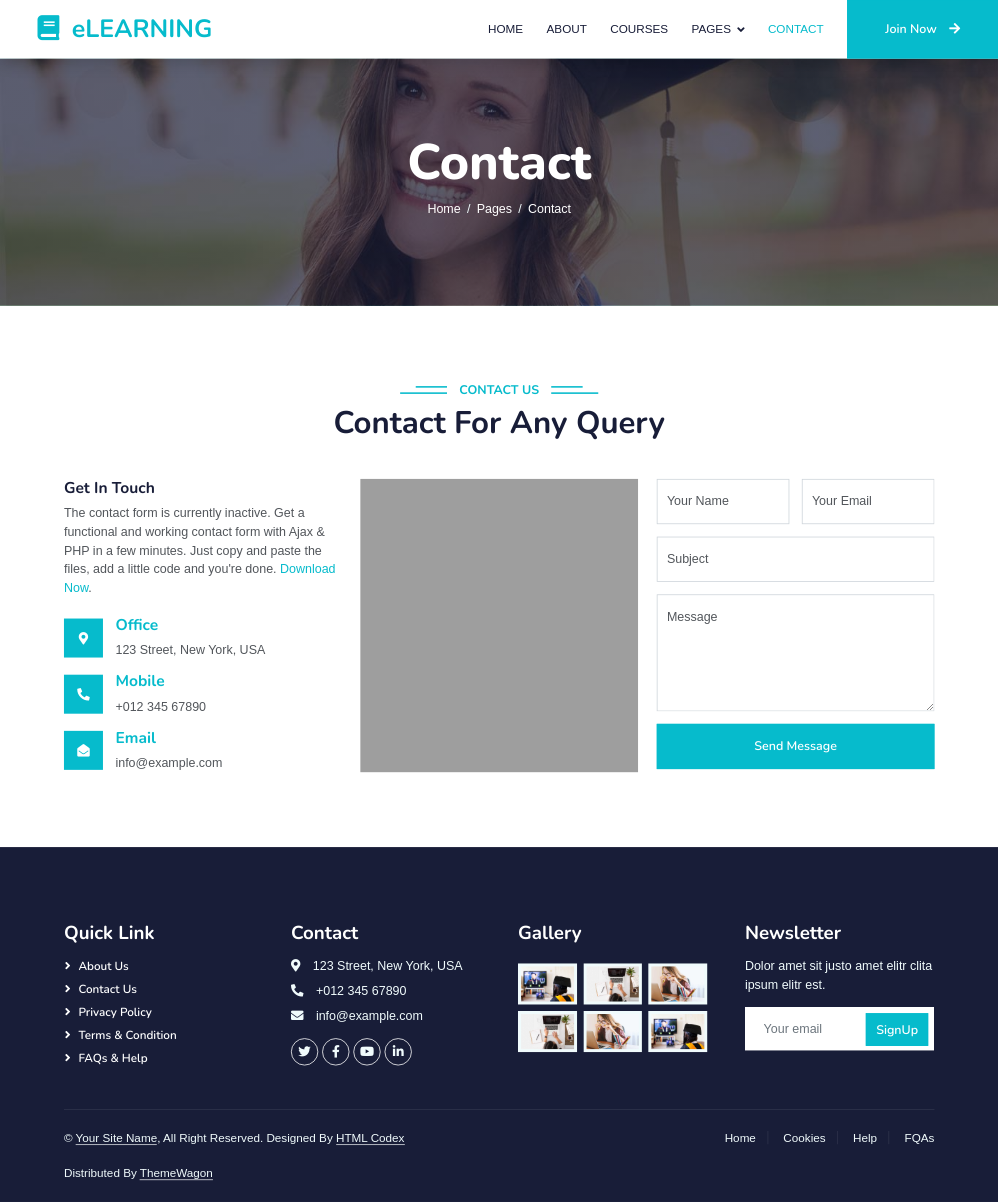
Repository: Arumugam2002/ARUMUGAM-TOPS-DAILY-TASKS
Page: http://localhost/contact
The author's editor kept a copy of each file at every save. The page is drawn from the files as they stood at one save, then again after the next save.
The browser window is 1280 px wide. The pictures show the whole page, at 78% of full size.
Pictures or frames that could not be fetched are drawn as grey boxes. Some web fonts or font styles are not loaded; a fallback is used. Some web libraries are served in a nearby version. The page is this project's Thymeleaf template; nobody is signed in. The template is opened directly, without the code that normally fills it, so the values that code supplies are empty.

Above is the page before, as saved 2024-07-16 06:27:31.

### Java SpringBoot/Spring_Eclipse/SpringwithTemplate/src/main/resources/templates/contact.html
<!DOCTYPE html>
<html lang="en">
	<head th:replace="/fragments/head :: head"></head>


<body>
    <!-- Spinner Start -->
    <div id="spinner" class="show bg-white position-fixed translate-middle w-100 vh-100 top-50 start-50 d-flex align-items-center justify-content-center">
        <div class="spinner-border text-primary" style="width: 3rem; height: 3rem;" role="status">
            <span class="sr-only">Loading...</span>
        </div>
    </div>
    <!-- Spinner End -->


    <!-- Navbar Start -->
    <nav class="navbar navbar-expand-lg bg-white navbar-light shadow sticky-top p-0">
        <a href="index.html" class="navbar-brand d-flex align-items-center px-4 px-lg-5">
            <h2 class="m-0 text-primary"><i class="fa fa-book me-3"></i>eLEARNING</h2>
        </a>
        <button type="button" class="navbar-toggler me-4" data-bs-toggle="collapse" data-bs-target="#navbarCollapse">
            <span class="navbar-toggler-icon"></span>
        </button>
        <div class="collapse navbar-collapse" id="navbarCollapse">
            <div class="navbar-nav ms-auto p-4 p-lg-0">
                <a href="index.html" class="nav-item nav-link">Home</a>
                <a href="about.html" class="nav-item nav-link">About</a>
                <a href="courses.html" class="nav-item nav-link">Courses</a>
                <div class="nav-item dropdown">
                    <a href="#" class="nav-link dropdown-toggle" data-bs-toggle="dropdown">Pages</a>
                    <div class="dropdown-menu fade-down m-0">
                        <a href="team.html" class="dropdown-item">Our Team</a>
                        <a href="testimonial.html" class="dropdown-item">Testimonial</a>
                        <a href="404.html" class="dropdown-item">404 Page</a>
                    </div>
                </div>
                <a href="contact.html" class="nav-item nav-link active">Contact</a>
            </div>
            <a href="" class="btn btn-primary py-4 px-lg-5 d-none d-lg-block">Join Now<i class="fa fa-arrow-right ms-3"></i></a>
        </div>
    </nav>
    <!-- Navbar End -->


    <!-- Header Start -->
    <div class="container-fluid bg-primary py-5 mb-5 page-header">
        <div class="container py-5">
            <div class="row justify-content-center">
                <div class="col-lg-10 text-center">
                    <h1 class="display-3 text-white animated slideInDown">Contact</h1>
                    <nav aria-label="breadcrumb">
                        <ol class="breadcrumb justify-content-center">
                            <li class="breadcrumb-item"><a class="text-white" href="#">Home</a></li>
                            <li class="breadcrumb-item"><a class="text-white" href="#">Pages</a></li>
                            <li class="breadcrumb-item text-white active" aria-current="page">Contact</li>
                        </ol>
                    </nav>
                </div>
            </div>
        </div>
    </div>
    <!-- Header End -->


    <!-- Contact Start -->
    <div class="container-xxl py-5">
        <div class="container">
            <div class="text-center wow fadeInUp" data-wow-delay="0.1s">
                <h6 class="section-title bg-white text-center text-primary px-3">Contact Us</h6>
                <h1 class="mb-5">Contact For Any Query</h1>
            </div>
            <div class="row g-4">
                <div class="col-lg-4 col-md-6 wow fadeInUp" data-wow-delay="0.1s">
                    <h5>Get In Touch</h5>
                    <p class="mb-4">The contact form is currently inactive. Get a functional and working contact form with Ajax & PHP in a few minutes. Just copy and paste the files, add a little code and you're done. <a href="https://htmlcodex.com/contact-form">Download Now</a>.</p>
                    <div class="d-flex align-items-center mb-3">
                        <div class="d-flex align-items-center justify-content-center flex-shrink-0 bg-primary" style="width: 50px; height: 50px;">
                            <i class="fa fa-map-marker-alt text-white"></i>
                        </div>
                        <div class="ms-3">
                            <h5 class="text-primary">Office</h5>
                            <p class="mb-0">123 Street, New York, USA</p>
                        </div>
                    </div>
                    <div class="d-flex align-items-center mb-3">
                        <div class="d-flex align-items-center justify-content-center flex-shrink-0 bg-primary" style="width: 50px; height: 50px;">
                            <i class="fa fa-phone-alt text-white"></i>
                        </div>
                        <div class="ms-3">
                            <h5 class="text-primary">Mobile</h5>
                            <p class="mb-0">+012 345 67890</p>
                        </div>
                    </div>
                    <div class="d-flex align-items-center">
                        <div class="d-flex align-items-center justify-content-center flex-shrink-0 bg-primary" style="width: 50px; height: 50px;">
                            <i class="fa fa-envelope-open text-white"></i>
                        </div>
                        <div class="ms-3">
                            <h5 class="text-primary">Email</h5>
                            <p class="mb-0">info@example.com</p>
                        </div>
                    </div>
                </div>
                <div class="col-lg-4 col-md-6 wow fadeInUp" data-wow-delay="0.3s">
                    <iframe class="position-relative rounded w-100 h-100"
                        src="https://www.google.com/maps/embed?pb=!1m18!1m12!1m3!1d3001156.4288297426!2d-78.01371936852176!3d42.72876761954724!2m3!1f0!2f0!3f0!3m2!1i1024!2i768!4f13.1!3m3!1m2!1s0x4ccc4bf0f123a5a9%3A0xddcfc6c1de189567!2sNew%20York%2C%20USA!5e0!3m2!1sen!2sbd!4v1603794290143!5m2!1sen!2sbd"
                        frameborder="0" style="min-height: 300px; border:0;" allowfullscreen="" aria-hidden="false"
                        tabindex="0"></iframe>
                </div>
                <div class="col-lg-4 col-md-12 wow fadeInUp" data-wow-delay="0.5s">
                    <form>
                        <div class="row g-3">
                            <div class="col-md-6">
                                <div class="form-floating">
                                    <input type="text" class="form-control" id="name" placeholder="Your Name">
                                    <label for="name">Your Name</label>
                                </div>
                            </div>
                            <div class="col-md-6">
                                <div class="form-floating">
                                    <input type="email" class="form-control" id="email" placeholder="Your Email">
                                    <label for="email">Your Email</label>
                                </div>
                            </div>
                            <div class="col-12">
                                <div class="form-floating">
                                    <input type="text" class="form-control" id="subject" placeholder="Subject">
                                    <label for="subject">Subject</label>
                                </div>
                            </div>
                            <div class="col-12">
                                <div class="form-floating">
                                    <textarea class="form-control" placeholder="Leave a message here" id="message" style="height: 150px"></textarea>
                                    <label for="message">Message</label>
                                </div>
                            </div>
                            <div class="col-12">
                                <button class="btn btn-primary w-100 py-3" type="submit">Send Message</button>
                            </div>
                        </div>
                    </form>
                </div>
            </div>
        </div>
    </div>
    <!-- Contact End -->


    <!-- Footer Start -->
    <div class="container-fluid bg-dark text-light footer pt-5 mt-5 wow fadeIn" data-wow-delay="0.1s">
        <div class="container py-5">
            <div class="row g-5">
                <div class="col-lg-3 col-md-6">
                    <h4 class="text-white mb-3">Quick Link</h4>
                    <a class="btn btn-link" href="">About Us</a>
                    <a class="btn btn-link" href="">Contact Us</a>
                    <a class="btn btn-link" href="">Privacy Policy</a>
                    <a class="btn btn-link" href="">Terms & Condition</a>
                    <a class="btn btn-link" href="">FAQs & Help</a>
                </div>
                <div class="col-lg-3 col-md-6">
                    <h4 class="text-white mb-3">Contact</h4>
                    <p class="mb-2"><i class="fa fa-map-marker-alt me-3"></i>123 Street, New York, USA</p>
                    <p class="mb-2"><i class="fa fa-phone-alt me-3"></i>+012 345 67890</p>
                    <p class="mb-2"><i class="fa fa-envelope me-3"></i>info@example.com</p>
                    <div class="d-flex pt-2">
                        <a class="btn btn-outline-light btn-social" href=""><i class="fab fa-twitter"></i></a>
                        <a class="btn btn-outline-light btn-social" href=""><i class="fab fa-facebook-f"></i></a>
                        <a class="btn btn-outline-light btn-social" href=""><i class="fab fa-youtube"></i></a>
                        <a class="btn btn-outline-light btn-social" href=""><i class="fab fa-linkedin-in"></i></a>
                    </div>
                </div>
                <div class="col-lg-3 col-md-6">
                    <h4 class="text-white mb-3">Gallery</h4>
                    <div class="row g-2 pt-2">
                        <div class="col-4">
                            <img class="img-fluid bg-light p-1" src="img/course-1.jpg" alt="">
                        </div>
                        <div class="col-4">
                            <img class="img-fluid bg-light p-1" src="img/course-2.jpg" alt="">
                        </div>
                        <div class="col-4">
                            <img class="img-fluid bg-light p-1" src="img/course-3.jpg" alt="">
                        </div>
                        <div class="col-4">
                            <img class="img-fluid bg-light p-1" src="img/course-2.jpg" alt="">
                        </div>
                        <div class="col-4">
                            <img class="img-fluid bg-light p-1" src="img/course-3.jpg" alt="">
                        </div>
                        <div class="col-4">
                            <img class="img-fluid bg-light p-1" src="img/course-1.jpg" alt="">
                        </div>
                    </div>
                </div>
                <div class="col-lg-3 col-md-6">
                    <h4 class="text-white mb-3">Newsletter</h4>
                    <p>Dolor amet sit justo amet elitr clita ipsum elitr est.</p>
                    <div class="position-relative mx-auto" style="max-width: 400px;">
                        <input class="form-control border-0 w-100 py-3 ps-4 pe-5" type="text" placeholder="Your email">
                        <button type="button" class="btn btn-primary py-2 position-absolute top-0 end-0 mt-2 me-2">SignUp</button>
                    </div>
                </div>
            </div>
        </div>
        <div class="container">
            <div class="copyright">
                <div class="row">
                    <div class="col-md-6 text-center text-md-start mb-3 mb-md-0">
                        &copy; <a class="border-bottom" href="#">Your Site Name</a>, All Right Reserved.

                        <!--/*** This template is free as long as you keep the footer author’s credit link/attribution link/backlink. If you'd like to use the template without the footer author’s credit link/attribution link/backlink, you can purchase the Credit Removal License from "https://htmlcodex.com/credit-removal". Thank you for your support. ***/-->
                        Designed By <a class="border-bottom" href="https://htmlcodex.com">HTML Codex</a><br><br>
                        Distributed By <a class="border-bottom" href="https://themewagon.com">ThemeWagon</a>
                    </div>
                    <div class="col-md-6 text-center text-md-end">
                        <div class="footer-menu">
                            <a href="">Home</a>
                            <a href="">Cookies</a>
                            <a href="">Help</a>
                            <a href="">FQAs</a>
                        </div>
                    </div>
                </div>
            </div>
        </div>
    </div>
    <!-- Footer End -->


    <!-- Back to Top -->
    <a href="#" class="btn btn-lg btn-primary btn-lg-square back-to-top"><i class="bi bi-arrow-up"></i></a>


    <!-- JavaScript Libraries -->
    <script src="https://code.jquery.com/jquery-3.4.1.min.js"></script>
    <script src="https://cdn.jsdelivr.net/npm/bootstrap@5.0.0/dist/js/bootstrap.bundle.min.js"></script>
    <script src="lib/wow/wow.min.js"></script>
    <script src="lib/easing/easing.min.js"></script>
    <script src="lib/waypoints/waypoints.min.js"></script>
    <script src="lib/owlcarousel/owl.carousel.min.js"></script>

    <!-- Template Javascript -->
    <script src="js/main.js"></script>
</body>

</html>

### Java SpringBoot/Spring_Eclipse/SpringwithTemplate/src/main/resources/templates/fragments/head.html
<html lang="en">

<head lang="en" xmlns:th="http://www.thymeleaf.org">
    <meta charset="utf-8">
    <title>Simple Learning</title>
    <meta content="width=device-width, initial-scale=1.0" name="viewport">
    <meta content="" name="keywords">
    <meta content="" name="description">

    <!-- Favicon -->
    <link href="img/favicon.ico" rel="icon">

    <!-- Google Web Fonts -->
    <link rel="preconnect" href="https://fonts.googleapis.com">
    <link rel="preconnect" href="https://fonts.gstatic.com" crossorigin>
    <link href="https://fonts.googleapis.com/css2?family=Heebo:wght@400;500;600&family=Nunito:wght@600;700;800&display=swap" rel="stylesheet">

    <!-- Icon Font Stylesheet -->
    <link href="https://cdnjs.cloudflare.com/ajax/libs/font-awesome/5.10.0/css/all.min.css" rel="stylesheet">
    <link href="https://cdn.jsdelivr.net/npm/bootstrap-icons@1.4.1/font/bootstrap-icons.css" rel="stylesheet">

    <!-- Libraries Stylesheet -->
    <link href="assets/lib/animate/animate.min.css" rel="stylesheet">
    <link href="assets/lib/owlcarousel/assets/owl.carousel.min.css" rel="stylesheet">

    <!-- Customized Bootstrap Stylesheet -->
    <link href="assets/css/bootstrap.min.css" rel="stylesheet">

    <!-- Template Stylesheet -->
    <link href="assets/css/style.css" rel="stylesheet">
</head>

</html>

Loaded but not shown: Java SpringBoot/Spring_Eclipse/SpringwithTemplate/src/main/resources/static/assets/lib/animate/animate.min.css (library); Java SpringBoot/Spring_Eclipse/SpringwithTemplate/src/main/resources/static/assets/lib/owlcarousel/assets/owl.carousel.min.css (common file); Java SpringBoot/Spring_Eclipse/SpringwithTemplate/src/main/resources/static/assets/css/bootstrap.min.css (library); Java SpringBoot/Spring_Eclipse/SpringwithTemplate/src/main/resources/static/assets/lib/wow/wow.min.js (library); Java SpringBoot/Spring_Eclipse/SpringwithTemplate/src/main/resources/static/assets/lib/easing/easing.min.js (common file); Java SpringBoot/Spring_Eclipse/SpringwithTemplate/src/main/resources/static/assets/lib/waypoints/waypoints.min.js (library); Java SpringBoot/Spring_Eclipse/SpringwithTemplate/src/main/resources/static/assets/lib/owlcarousel/owl.carousel.min.js (library); Java SpringBoot/Spring_Eclipse/SpringwithTemplate/src/main/resources/static/assets/js/main.js (108 lines, source omitted); Java SpringBoot/Spring_Eclipse/SpringwithTemplate/src/main/resources/static/assets/css/style.css (434 lines, source omitted)

After the next save:
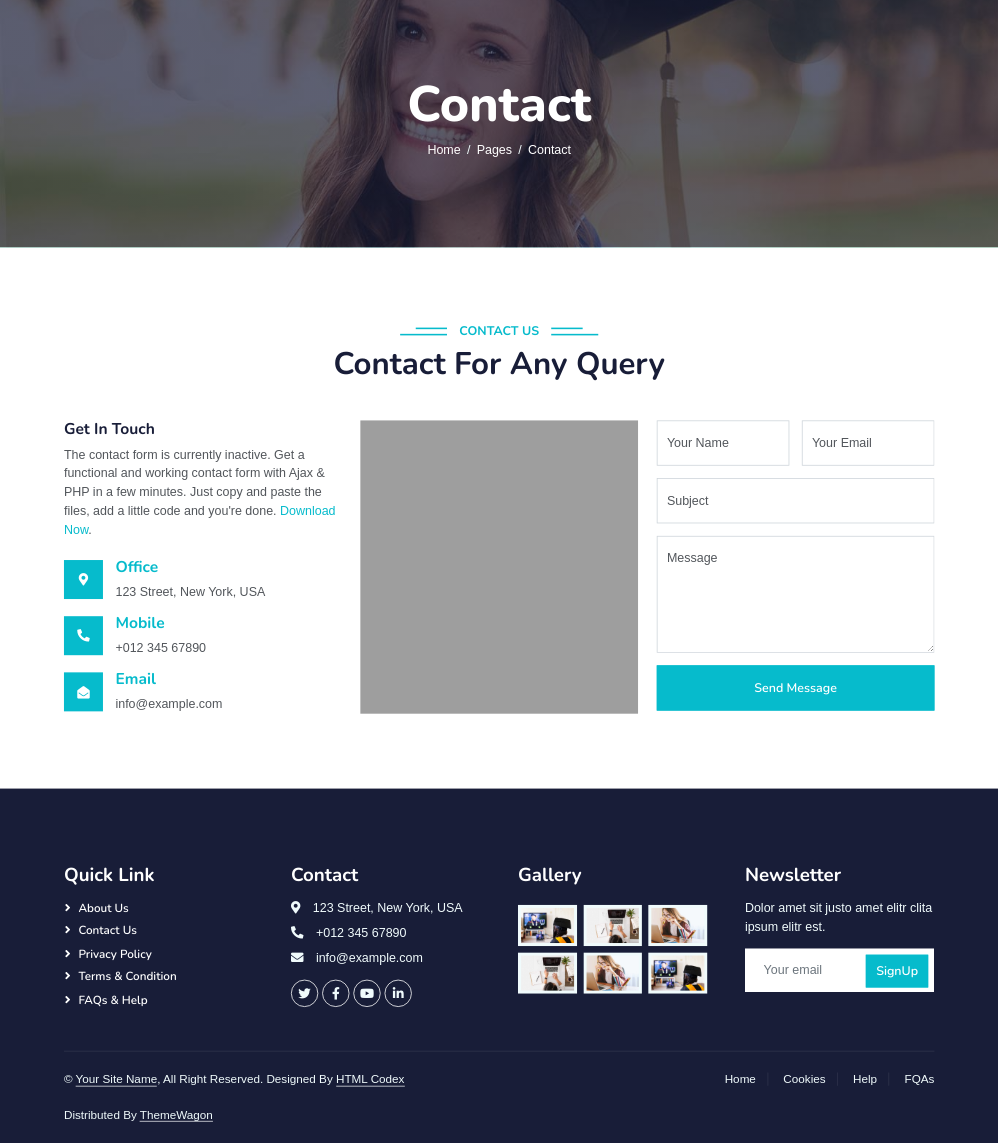
Saved 8 s later.
--- a/Java SpringBoot/Spring_Eclipse/SpringwithTemplate/src/main/resources/templates/contact.html
+++ b/Java SpringBoot/Spring_Eclipse/SpringwithTemplate/src/main/resources/templates/contact.html
@@ -4,42 +4,7 @@
 
 
 <body>
-    <!-- Spinner Start -->
-    <div id="spinner" class="show bg-white position-fixed translate-middle w-100 vh-100 top-50 start-50 d-flex align-items-center justify-content-center">
-        <div class="spinner-border text-primary" style="width: 3rem; height: 3rem;" role="status">
-            <span class="sr-only">Loading...</span>
-        </div>
-    </div>
-    <!-- Spinner End -->
-
-
-    <!-- Navbar Start -->
-    <nav class="navbar navbar-expand-lg bg-white navbar-light shadow sticky-top p-0">
-        <a href="index.html" class="navbar-brand d-flex align-items-center px-4 px-lg-5">
-            <h2 class="m-0 text-primary"><i class="fa fa-book me-3"></i>eLEARNING</h2>
-        </a>
-        <button type="button" class="navbar-toggler me-4" data-bs-toggle="collapse" data-bs-target="#navbarCollapse">
-            <span class="navbar-toggler-icon"></span>
-        </button>
-        <div class="collapse navbar-collapse" id="navbarCollapse">
-            <div class="navbar-nav ms-auto p-4 p-lg-0">
-                <a href="index.html" class="nav-item nav-link">Home</a>
-                <a href="about.html" class="nav-item nav-link">About</a>
-                <a href="courses.html" class="nav-item nav-link">Courses</a>
-                <div class="nav-item dropdown">
-                    <a href="#" class="nav-link dropdown-toggle" data-bs-toggle="dropdown">Pages</a>
-                    <div class="dropdown-menu fade-down m-0">
-                        <a href="team.html" class="dropdown-item">Our Team</a>
-                        <a href="testimonial.html" class="dropdown-item">Testimonial</a>
-                        <a href="404.html" class="dropdown-item">404 Page</a>
-                    </div>
-                </div>
-                <a href="contact.html" class="nav-item nav-link active">Contact</a>
-            </div>
-            <a href="" class="btn btn-primary py-4 px-lg-5 d-none d-lg-block">Join Now<i class="fa fa-arrow-right ms-3"></i></a>
-        </div>
-    </nav>
-    <!-- Navbar End -->
+
 
 
     <!-- Header Start -->
